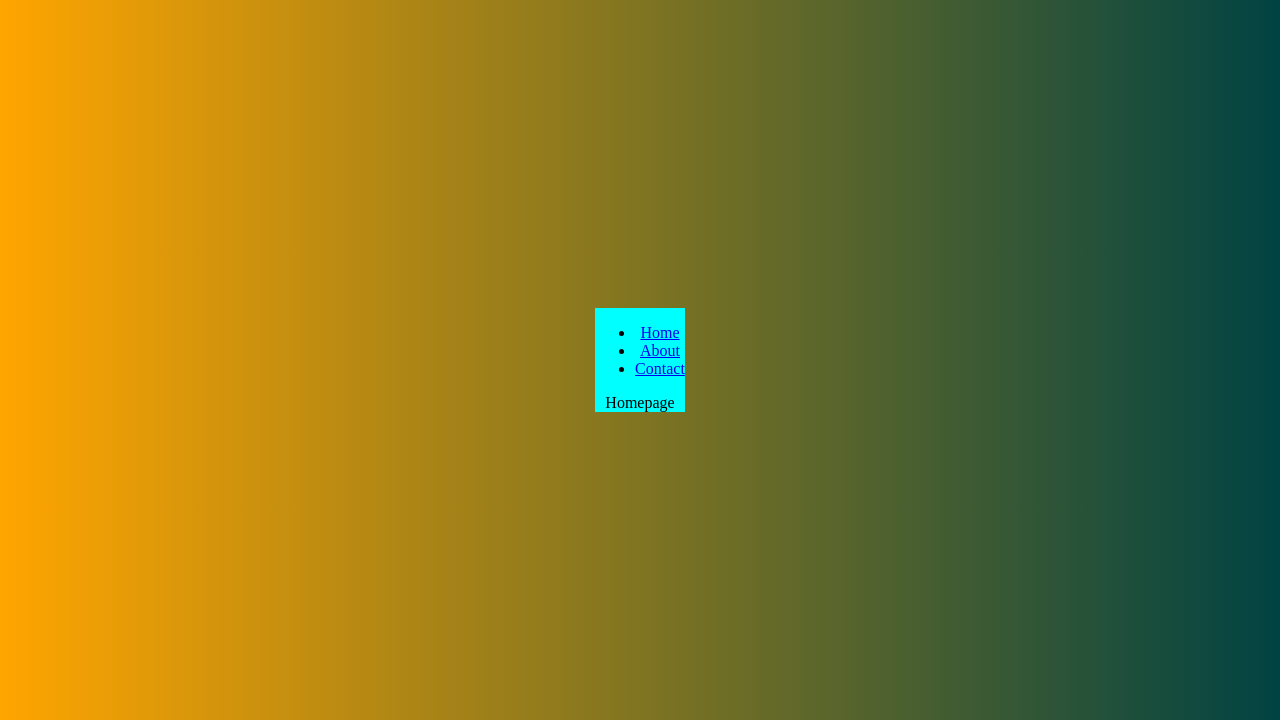
Repository: Alexandru-Morteanu/rodio
Page: /
These files come from the project's save history. The page is drawn as it stood at one moment and after the next save; the edit follows.
The browser window is 1280 px wide. The pictures show the whole page.
The project was rebuilt for these pictures with package versions that can differ from the ones it lists, and the page was loaded fresh each time.

Above is the page before, as saved 2023-01-29 18:52:33.

### public/index.html
<!DOCTYPE html>
<html lang="en">
  <head>
    <meta charset="utf-8" />
    <meta name="viewport" content="width=device-width, initial-scale=1" />
    <meta name="theme-color" content="#000000" />

    <title>RODIO</title>
  </head>
  <body>
    <div id="root"></div>
  </body>
</html>

### src/index.css
body {
  background: linear-gradient(to right, orange, rgb(0, 67, 67));
  margin: 0;
  height: 100vh;
  display: flex;
  justify-content: center;
  align-items: center;
}

### src/App.js
import React from 'react';
import './App.css';
import Homepage from "./pages/Homepage.js";
import {
  BrowserRouter as Router,
  Routes,
  Route,
  Link
} from "react-router-dom";
function App() {
  return (
    <div className="App">
      <Router>
        <div className='container'>
            <nav>
              <ul>
                <li>
                  <Link to="/">Home</Link>
                </li>
                <li>
                  <Link to="/about">About</Link>
                </li>
                <li>
                  <Link to="/contact">Contact</Link>
                </li>
              </ul>
            </nav>
          <Routes>
            <Route exact path="/" element={<Homepage />} />
          </Routes>
        </div>
      </Router>
    </div>
  );
}

export default App;

### src/App.css
.App{
  display: flex;
  justify-content: center;
  align-items: center;
}
.container{
  height: 200px;
  width: 200px;
  background-color: aqua;
  text-align: center;
}

### src/pages/Homepage.js
import React from 'react'
import "./Homepage.css"
function Homepage() {
  return (
    <div className='container'>Homepage</div>
  )
}

export default Homepage

### src/pages/Homepage.css
.container{
    height: 100%;
    width: 100%;
    background-color: aqua;
    text-align: center;
}

Loaded but not shown: src/index.js (common file)

After the next save:
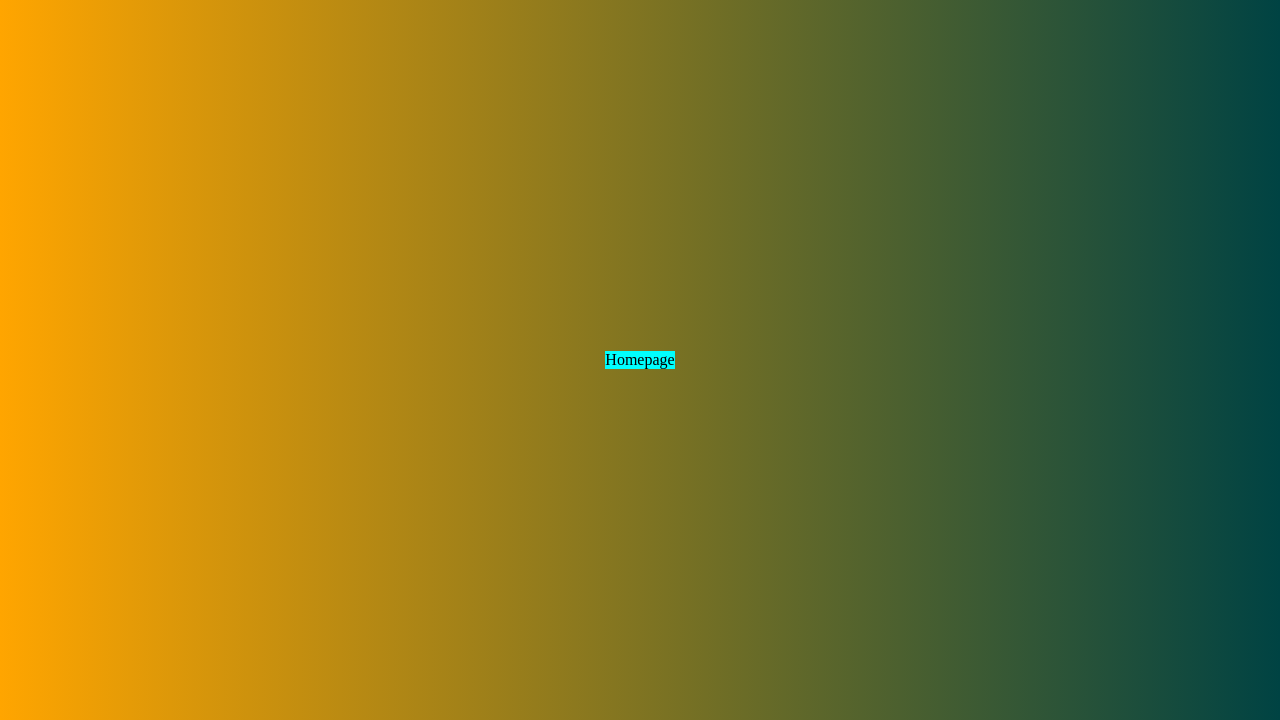
Saved 27 s later.
--- a/src/App.js
+++ b/src/App.js
@@ -12,19 +12,6 @@ function App() {
     <div className="App">
       <Router>
         <div className='container'>
-            <nav>
-              <ul>
-                <li>
-                  <Link to="/">Home</Link>
-                </li>
-                <li>
-                  <Link to="/about">About</Link>
-                </li>
-                <li>
-                  <Link to="/contact">Contact</Link>
-                </li>
-              </ul>
-            </nav>
           <Routes>
             <Route exact path="/" element={<Homepage />} />
           </Routes>
